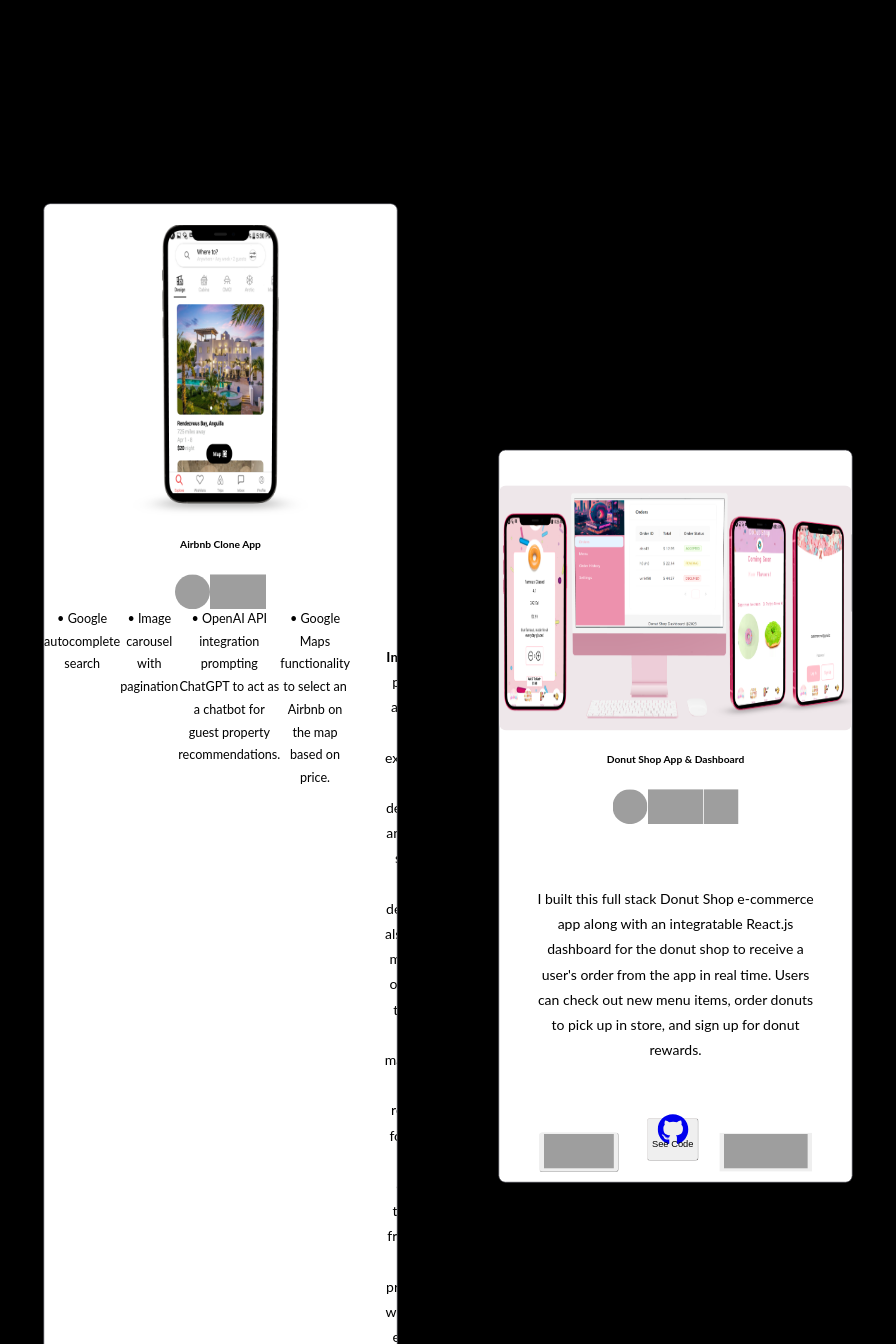
Repository: JamesPesenti/portfolio
Page: /
The author's editor kept a copy of each file at every save. The page is drawn from the files as they stood at one save, then again after the next save.
The browser window is 1280 px wide. The pictures show the part of the page from y = 1389 to 3309 px (the page is 6929 px tall), at 70% of full size.
Pictures or frames that could not be fetched are drawn as grey boxes. The project was rebuilt for these pictures with package versions that can differ from the ones it lists, and the page was loaded fresh each time. Imported but missing from the stored project, and not drawn on this page: src/Components/James Pesenti Resume 2023.pdf.

Above is the page before, as saved 2023-08-28 14:57:09.

### public/index.html
<!DOCTYPE html>
<html lang="en">
  <head>
    <meta charset="utf-8" />
    <link rel="" href="" />
    <meta name="viewport" content="width=device-width, initial-scale=1" />
    <meta name="theme-color" content="#000000" />
    <meta name="description" content="James Pesenti Portfolio 2023" />
    <link rel="apple-touch-icon" href="" />
    <link rel="manifest" href="%PUBLIC_URL%/manifest.json" />

    <title>Portfolio 2023</title>

  </head>
  <body>
    <div id="root"></div>
  </body>
</html>

### src/Components/Navbar.jsx
import React, {Component} from 'react'
import { FaGithub } from "react-icons/fa";
import { FaEnvelope } from "react-icons/fa";
import { FaFile } from "react-icons/fa";
import Pdf from "../Components/James Pesenti Resume 2023.pdf"


const Navbar = () => {
  return (
    <>
          <div className="navbar flex">
            <div className="container">
                <nav>
                  <ul style={{textAlign: "center", marginTop: 70, position: 'relative', left: 0, top: -2}}>
                    <li>
                      <a className="App-link"  href="mailto:jamespesenti91@gmail.com" target="_blank" rel="noopener noreferrer">
                      <FaEnvelope size={35} style={{display: "flex", textAlign: "center", marginLeft: 10}}/>
                          Contact
                      </a>
                    </li>
                    <li>
                      <a className="App-link" href="https://github.com/JamesPesenti" target="_blank" rel="noopener noreferrer">
                        <FaGithub size={35} style={{display: "flex", textAlign: "center", marginLeft: 10}} />
                        GitHub
                      </a>
                    </li>
                    <li>
                      <a className="App-link" href={Pdf} target="_blank" rel="noopener noreferrer">
                        <FaFile size={35} style={{display: "flex", textAlign: "center", marginLeft: 10}} />
                        Resume
                      </a>
                    </li>
                  </ul>
                </nav>
                {/* <h4 style={{color: "white", textAlign: 'center', marginBottom:-440}}>
                  See my work below and send a message to get in touch
                </h4> */}
            </div>
          </div>
    </>
  )
}

export default Navbar

### src/Components/AboutMe.jsx
import React from 'react'
import { FontAwesomeIcon } from '@fortawesome/react-fontawesome'
import { FaGithub } from "react-icons/fa";
import { FaMapPin } from "react-icons/fa";

const AboutMe = () => {
  return (
    <>

        <div style={{justifyContent: "center", textAlign: "center", color: "white", padding: 50,}}>
            {/* Spinning image  */}
            {/* <img style={{padding: 10, borderRadius: "50%", width: 200, height: 200,}} src="/images/IMG_1619.jpg" className="App-logo" alt="logo" /> */}
            <img style={{padding: 10, borderRadius: "50%", width: 200, height: 200,}} src="/images/IMG_1619.jpg" alt="logo" />
            <h1>I'm James Pesenti</h1>
            <h2>a Software Developer building mobile apps and websites</h2>
              <FaMapPin size={20} style={{position: "relative", top: 5, right: 65, }} />
              <h3 style={{marginTop: -24}}> Chicago, IL</h3>
        </div>

</>
  )
}

export default AboutMe

### src/Components/Scroll.jsx
import React from 'react'
import '../CSS/App.css';


const Scroll = () => {

  return (
    <>

        <div style={{marginBottom: 400, justifyContnent: 'center'}} id="section09" class="demo">
          <a href="#parallaxContainer">
            <span></span>
            Scroll down to see my work
          </a>
        </div>

    </>
  )
}

export default Scroll

### src/Components/MyProjects.jsx
import UberGoogleButton from "../Components/UberGoogleButton"
import AstonGoogleButton from "./AstonGoogleButton"
import AstonAppleButton from "./AstonAppleButton"
import BarceGoogleButton from "../Components/BarceGoogleButton"
import BarceAppleButton from "./BarceAppleButton"
import { FaGithub } from "react-icons/fa";

const MyProjects = () => {
  return (

  <>
    <div id="parallaxContainer" style={{ display: 'grid', gridTemplateColumns: 'repeat(2, 1fr)', gap: '20px' }}>

    {/* Airbnb Clone */}
    <div style={{ justifyContent: 'center', alignItems: 'center',  width: "80%", borderRadius: 10}} className="box">
            <div>
                <img style={{ borderRadius: 10, marginTop: 30, marginBottom: -35, width: "100%", height: 450, transition: ".7s", }} src="images/mockrocket-capture (11).png" />
            </div>
            <h4 style={{textAlign: 'center'}}>Airbnb Clone App</h4>
                <div style={{padding: 10, borderRadius: 10, marginBottom: -40,}}>
                  <img style={{width: 50, height: 50, borderRadius: 50}} src="https://i.pinimg.com/originals/8a/02/1a/8a021aa097236b42dd71fb731e3d894d.gif"/>
                  <img style={{width: 80, height: 50, }} src="https://www.datocms-assets.com/45470/1631026680-logo-react-native.png"  />
                  {/* <img style={{width: 50, height: 50, }} src="https://pbs.twimg.com/profile_images/1114309924551417856/FKA4cm2x_400x400.png"  /> */}
                </div>
           <div style={{display: 'flex', flexDirection: "row"}}>
            <p style={{fontSize: 18, padding: 0, marginBottom: -20}}>&#8226; Google autocomplete search</p>
            <p style={{fontSize: 18, padding: 0, marginBottom: -20}}>&#8226; Image carousel with pagination</p>
            <p style={{fontSize: 18, paddingHorizontal: 0, marginBottom: -20}}> &#8226; OpenAI API integration prompting ChatGPT to act as a chatbot for guest property recommendations.</p>
            <p style={{fontSize: 18, paddingHorizontal: -90, marginBottom: -20}}> &#8226; Google Maps functionality to select an Airbnb on the map based on price.</p>

            {/* <p style={{fontSize: 20, textAlign: 'center', padding: 40, marginBottom: -60}}>I plan to add additional features and integrate back end functionality in future updates to enhance the user experience and provide a more comprehensive product.</p> */}
            {/* <p style={{fontSize: 20, textAlign: 'center', padding: 30, marginBottom: -80}}><b> Key Skills I learned: </b>React Native, UI design, Google Play and App Store submission process, mobile development, UX design, project management.</p> */}
            <p style={{fontSize: 20, textAlign: 'center', padding: 50}}><b> Impact: </b> Each project has allowed me to gain experience in mobile development and hone my skills in UI and UX design. It has also provided me with the opportunity to practice project management, by being responsible for planning and executing the project from start to finish, providing me with valuable experience of the mobile app lifecycle.</p>
           </div>

           <div >
                {/* <UberGoogleButton  /> */}
                <button style={{marginTop: 10}} type="button" className="codeButton">
                  <a href="https://github.com/JamesPesenti/Airbnb" target="_blank" rel="noopener noreferrer">
                    <FaGithub  size={45} style={{ marginTop: -80, marginBottom: -25, justifyContent: "center", textAlign: "center"}} />
                  </a>
                  <p>See Code</p>
                </button>
                {/* <AstonAppleButton  /> */}
            </div>

        </div>


     {/* Donut Shop App */}
     <div style={{marginTop: -80, marginBottom: 20, justifyContent: 'center', alignItems: 'center',  width: "80%", borderRadius: 10}} className="box">
            <div>
                <img style={{ borderRadius: 10, marginTop: 50, width: "100%", height: 350, transition: ".7s", }} src="/images/appAndDashMock.png" />
            </div>
            <h4 style={{textAlign: 'center'}}>Donut Shop App & Dashboard</h4>
                <div style={{padding: 10, borderRadius: 10, marginBottom: 0,}}>
                  <img style={{width: 50, height: 50, borderRadius: 50}} src="https://i.pinimg.com/originals/8a/02/1a/8a021aa097236b42dd71fb731e3d894d.gif"/>
                  <img style={{width: 80, height: 50, }} src="https://www.datocms-assets.com/45470/1631026680-logo-react-native.png"  />
                  <img style={{width: 50, height: 50, }} src="https://pbs.twimg.com/profile_images/1114309924551417856/FKA4cm2x_400x400.png"  />
                </div>
            <p style={{fontSize: 20,textAlign: 'center', padding: 50}}>I built this full stack Donut Shop e-commerce app along with an integratable React.js dashboard for the donut shop to receive a user's order from the app in real time. Users can check out new menu items, order donuts to pick up in store, and sign up for donut rewards.</p>

            <div>
                <UberGoogleButton  />
                <button style={{marginTop: 40}} type="button" className="codeButton">
                  <a href="https://github.com/JamesPesenti/Donut_Shop" target="_blank" rel="noopener noreferrer">
                    <FaGithub  size={45} style={{ marginTop: -80, marginBottom: -25, justifyContent: "center", textAlign: "center"}} />
                  </a>
                  <p>See Code</p>
                </button>
                <AstonAppleButton  />
            </div>

        </div>


    {/* Uber Eats App */}
    <div style={{marginTop: 80, marginBottom: 60, justifyContent: 'center', alignItems: 'center',  width: "80%", borderRadius: 10}} className="box">
            <div className="imgWrapper" style={{width: 480, height: 350}}>
                <img style={{ borderRadius: 5, marginTop: 50, width: "100%", height: 300, transition: ".7s", }} src="/images/UberEatsLast.png" />
            </div>
            <h4 style={{textAlign: 'center'}}>Uber Eats Clone App</h4>
                <div style={{padding: 10, borderRadius: 10, marginBottom: -40,}}>
                  <img style={{width: 50, height: 50, borderRadius: 50}} src="https://i.pinimg.com/originals/8a/02/1a/8a021aa097236b42dd71fb731e3d894d.gif"/>
                  <img style={{width: 80, height: 50, }} src="https://www.datocms-assets.com/45470/1631026680-logo-react-native.png"  />
                  <img style={{width: 50, height: 50, }} src="https://pbs.twimg.com/profile_images/1114309924551417856/FKA4cm2x_400x400.png" />
                </div>
            <p style={{fontSize: 20,textAlign: 'center', padding: 50}}>A full stack React Native app inspired by the UberEats user app. I utilized AWS Amplify's datastore to configure the back end to query and save customer's orders and used Amazon Cognito for user registration, authentication, & account recovery.</p>

            <div>
                <UberGoogleButton  />
                <button style={{marginTop: 40}} type="button" className="codeButton">
                  <a href="https://github.com/JamesPesenti/UberEatsClone" target="_blank" rel="noopener noreferrer">
                    <FaGithub  size={45} style={{ marginTop: -80, marginBottom: -20, justifyContent: "center", textAlign: "center"}} />
                  </a>
                  <p>See Code</p>
                </button>
                <AstonAppleButton  />
            </div>

        </div>


     {/* Aston Waikiki App */}
       <div style={{marginTop: 80, marginBottom: 120, justifyContent: 'center', alignItems: 'center',  width: "80%", borderRadius: 10}} className="box">
            <div className="imgWrapper" style={{width: 450, height: 350}}>
                <img style={{ marginTop: 50, width: "100%", height: "auto", transition: ".7s", }} src="/images/astonmock.png" />
            </div>
            <h4 style={{textAlign: 'center'}}>Aston Waikiki Hotel UI</h4>
                <div style={{padding: 10, borderRadius: 10, marginBottom: -40,}}>
                  <img style={{width: 50, height: 50, borderRadius: 50}} src="https://i.pinimg.com/originals/8a/02/1a/8a021aa097236b42dd71fb731e3d894d.gif"/>
                  <img style={{width: 80, height: 50, }} src="https://www.datocms-assets.com/45470/1631026680-logo-react-native.png"  />
                </div>
            <p style={{fontSize: 20,textAlign: 'center', padding: 50}}>A React Native UI design I created to reimagine the hotel Aston Waikiki Beach's website into a cross platform mobile app. I used most of the content and images from the current website and utilized both Bottom Tabs, Drawer navigation and other React Native libraries for a better user experience.</p>

            <div>
                <AstonGoogleButton  />
                <button style={{marginTop: 40}} type="button" className="codeButton">
                        <a href="https://github.com/JamesPesenti/AstonWaikikiBeachApp" target="_blank" rel="noopener noreferrer">
                            <FaGithub  size={45} style={{ marginTop: -80, marginBottom: -20, justifyContent: "center", textAlign: "center"}} />
                        </a>
                        <p>See Code</p>
                </button>
                <AstonAppleButton  />
            </div>

        </div>


    {/* Barcelona App */}
       <div style={{marginTop: 20, marginBottom: 120, justifyContent: 'center', alignItems: 'center',  width: "80%", borderRadius: 10}} className="box">
            <div className="imgWrapper" style={{width: 650, height: 300}}>
                <img style={{ marginTop: 30, width: "100%", height: 250, transition: ".7s", }} src="/images/barcelonamockup.png" />
            </div>
            <h4 style={{textAlign: 'center'}}>Barcelona Tourist App</h4>
                <div style={{padding: 10, borderRadius: 10, marginBottom: -20,}}>
                <img style={{width: 80, height: 50,}} src="https://www.datocms-assets.com/45470/1631026680-logo-react-native.png"  />
                <img style={{width: 50, height: 50, borderRadius: 50}} src="https://i.pinimg.com/originals/8a/02/1a/8a021aa097236b42dd71fb731e3d894d.gif"/>
                </div>
            <p style={{fontSize: 20, textAlign: 'center', padding: 50}}>I created this React Native app for visitors of Barcelona Spain to save pictures and locations of their favorite places. I used pop-up modals for users to quickly get information on popular sights and used geolocation with google maps so users can save their location and select it on the map.</p>

            <div>
               <BarceAppleButton  />
                <button style={{marginTop: 40}} type="button" className="codeButton">
                        <a href="https://github.com/JamesPesenti/BarcelonaApp" target="_blank" rel="noopener noreferrer">
                            <FaGithub  size={45} style={{ marginTop: -80, marginBottom: -20, justifyContent: "center", textAlign: "center"}} />
                        </a>
                        <p>See Code</p>
                </button>
                <BarceGoogleButton  />
            </div>

        </div>

    {/* IAR React App */}
        {/* <div style={{marginBottom: 0, justifyContent: 'center', alignItems: 'center',  width: "80%", borderRadius: 10}} className="box">
            <img style={{ width: 600, height: 350, borderRadius: 10, borderWidth: 2, borderColor: "green"}} src="/images/innermock.png" />
            <h4 style={{textAlign: 'center'}}>Inner Aura Readings Website</h4>
            <div style={{flexDirection: "row", padding: 10, borderRadius: 10}}>
                <img src="https://www.logo.wine/a/logo/React_(web_framework)/React_(web_framework)-Logo.wine.svg" style={{width: 100, height: 50,}} />
                <img className="logoBox" src="https://cdn.pixabay.com/photo/2017/08/05/11/16/logo-2582747_1280.png" style={{width: 50, height: 50,}} />
            </div>
            <p style={{fontSize: 20, textAlign: 'center', padding: 50}}>This was the first official React.js web app that I developed. I made it for a friend who wanted to reach more customers with a mobile friendly website. I made multiple iterations and converted it into a PWA for offline operability with native like performance. </p>
            <button style={{marginTop: 0}} type="button" className="codeButton">
                        <a href="https://github.com/JamesPesenti/InnerAuraReadings2022" target="_blank" rel="noopener noreferrer">
                            <FaGithub  size={45} style={{ marginTop: -80, marginBottom: -20, justifyContent: "center", textAlign: "center"}} />
                        </a>
                        <p>See Code</p>
            </button>

        </div> */}


{/* REapp */}
        {/* <div style={{marginBottom: 100, justifyContent: 'center', alignItems: 'center',  width: "80%", borderRadius: 10,}} className="box">
        <img style={{marginTop: 50, width: 800, height: 350, borderRadius: 10, borderWidth: 2, borderColor: "green"}} src="/images/remockup.png" />
            <h4 style={{textAlign: 'center'}}>Real Estate Listing Website </h4>
            <div style={{flexDirection: "row", padding: 10, borderRadius: 10}}>
                <img src="https://www.logo.wine/a/logo/React_(web_framework)/React_(web_framework)-Logo.wine.svg" style={{width: 100, height: 50,}} />
                <img src="https://img.icons8.com/color/480/cloud-firestore.png" style={{width: 50, height: 50,}} />
                <img src="https://raw.githubusercontent.com/JamesPesenti/RealEstateApp/16b046b3d34b4a26468627e906dc503be8911b73/src/assets/svg/googleIcon.svg" style={{marginBottom: 8, width: 100, height: 30,}} />
            </div>
            <p style={{fontSize: 20, textAlign: 'center', padding: 50}}>Real Estate listing website built with React, FireStore database and Google OAuth to sign in with a google account. You can search listings for rent/sale and login to your account to create a listing and save offers. Inspiration and back-end code taken from Brad Traversey's React course I took on Udemy.</p>
            <button style={{marginTop: 40}} type="button" className="codeButton">
                        <a href="https://github.com/JamesPesenti/RealEstateApp" target="_blank" rel="noopener noreferrer">
                            <FaGithub  size={45} style={{ marginTop: -80, marginBottom: -20, justifyContent: "center", textAlign: "center"}} />
                        </a>
                        <p>See Code</p>
            </button>
        </div> */}

    </div>


    </>
  )
}

export default MyProjects

### src/Components/UberGoogleButton.jsx
import React from 'react'


const UberGoogleButton = () => {
  return (
    <>
    <button type="button" style={{marginRight: 40, borderWidth: .1, borderColor: '#efefef', borderRadius: 5}}>
        <a href="https://expo.dev/accounts/jimpesenti/projects/UberEats/builds/b9dfcb73-dd37-4009-b5f9-7d24a72b937d">
            <img style={{width: 100, height: 50, borderRadius: 0}} src="https://logos-world.net/wp-content/uploads/2020/12/Google-Play-Logo-500x281.png"/>
        </a>
    </button>
    </>
  )
}

export default UberGoogleButton

### src/Components/AstonGoogleButton.jsx
import React from 'react'


const AstonGoogleButton = () => {
  return (
    <>
    <button type="button" style={{marginRight: 40, borderWidth: .1, borderColor: '#efefef', borderRadius: 5}}>
        <a href="https://play.google.com/store/apps/details?id=com.jamespesenti91.astonwaikikibeach">
            <img style={{width: 100, height: 50, borderRadius: 0}} src="https://logos-world.net/wp-content/uploads/2020/12/Google-Play-Logo-500x281.png"/>
        </a>
    </button>
    </>
  )
}

export default AstonGoogleButton

### src/Components/AstonAppleButton.jsx
import React from 'react'

const AstonAppleButton = () => {
  return (
    <>
    <button type="submit" style={{marginLeft: 30, borderWidth: 0,}}  >
        <a href="">
            <img style={{width: 120, height: 50, borderRadius: 0}} src="https://images.squarespace-cdn.com/content/v1/5b549a7f3c3a53487c250f58/1597439116255-P7ME5MNOIWQLJS1X4CPP/Apple+App+Store+Logo+Button.png"/>
        </a>
    </button>
    </>
  )
}

export default AstonAppleButton

### src/Components/BarceGoogleButton.jsx
import React from 'react'


const BarceGoogleButton = () => {
  return (
    <>
    <button type="button" style={{marginLeft: 30, borderWidth: .1, borderColor: '#efefef', borderRadius: 5}}>
        <a href="https://play.google.com/store/apps/details?id=com.jamespesenti91.VisitBarcelona">
            <img style={{width: 100, height: 50, borderRadius: 0}} src="https://logos-world.net/wp-content/uploads/2020/12/Google-Play-Logo-500x281.png" alt="barceButton"/>
        </a>
    </button>
    </>
  )
}

export default BarceGoogleButton

### src/Components/BarceAppleButton.jsx
import React from 'react'

const BarceAppleButton = () => {
  return (
    <>
    <button type="submit" style={{marginRight: 30, borderWidth: 0,}}  >
        <a href="">
            <img style={{width: 120, height: 50, borderRadius: 0}} src="https://images.squarespace-cdn.com/content/v1/5b549a7f3c3a53487c250f58/1597439116255-P7ME5MNOIWQLJS1X4CPP/Apple+App+Store+Logo+Button.png"/>
        </a>
    </button>
    </>
  )
}

export default BarceAppleButton

Loaded but not shown: src/index.js (common file); src/reportWebVitals.js (common file); src/serviceWorkerRegistration.js (137 lines, source omitted); src/App.js (33 lines, source omitted); src/CSS/App.css (351 lines, source omitted); src/CSS/index.css (197 lines, source omitted)

After the next save:
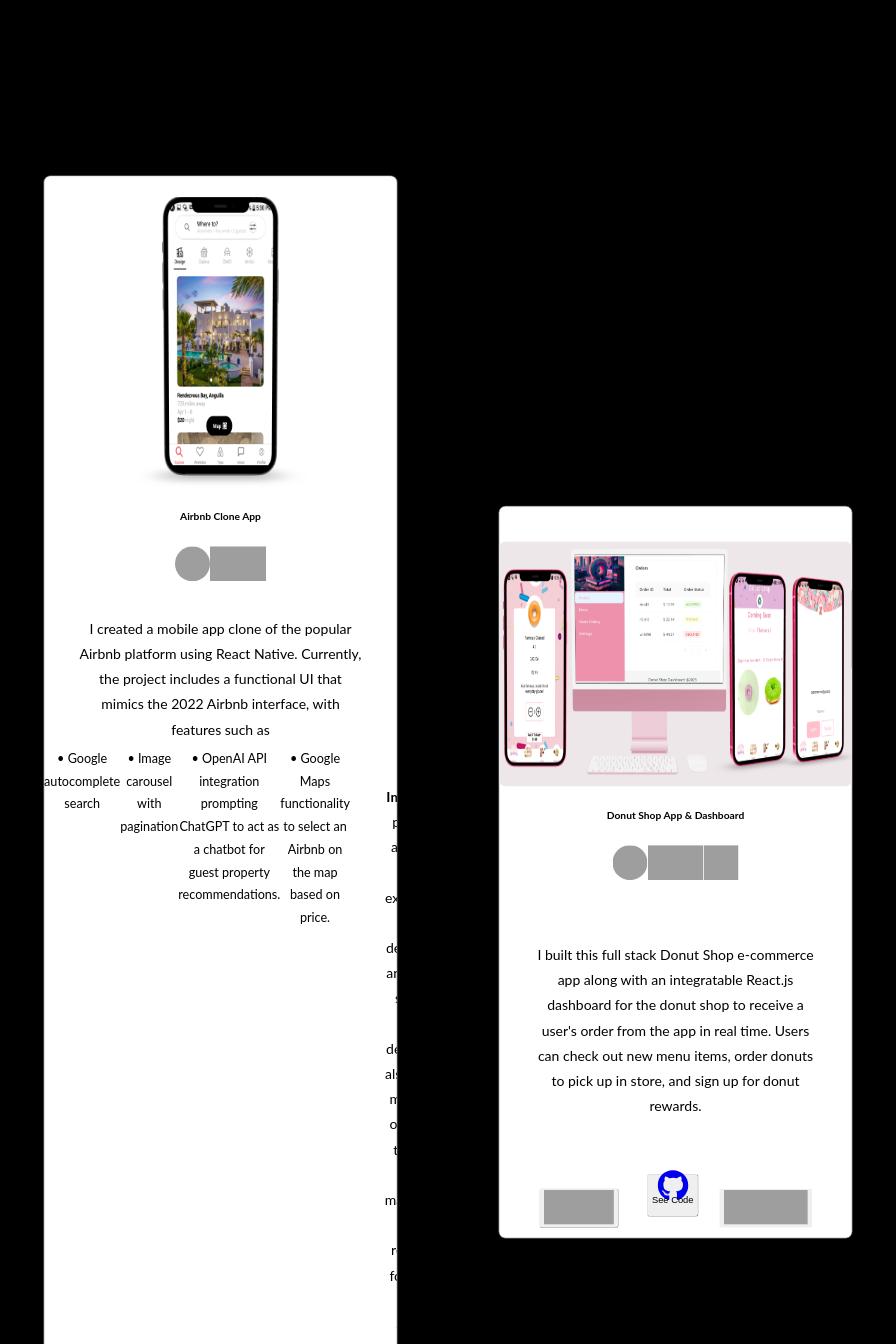
Saved 25 s later.
--- a/src/Components/MyProjects.jsx
+++ b/src/Components/MyProjects.jsx
@@ -22,6 +22,9 @@
                   <img style={{width: 80, height: 50, }} src="https://www.datocms-assets.com/45470/1631026680-logo-react-native.png"  />
                   {/* <img style={{width: 50, height: 50, }} src="https://pbs.twimg.com/profile_images/1114309924551417856/FKA4cm2x_400x400.png"  /> */}
                 </div>
+           <div>
+            <p style={{fontSize: 20, textAlign: 'center', padding: 50, marginBottom: -60}}>I created a mobile app clone of the popular Airbnb platform using React Native. Currently, the project includes a functional UI that mimics the 2022 Airbnb interface, with features such as</p>
+           </div>
            <div style={{display: 'flex', flexDirection: "row"}}>
             <p style={{fontSize: 18, padding: 0, marginBottom: -20}}>&#8226; Google autocomplete search</p>
             <p style={{fontSize: 18, padding: 0, marginBottom: -20}}>&#8226; Image carousel with pagination</p>
